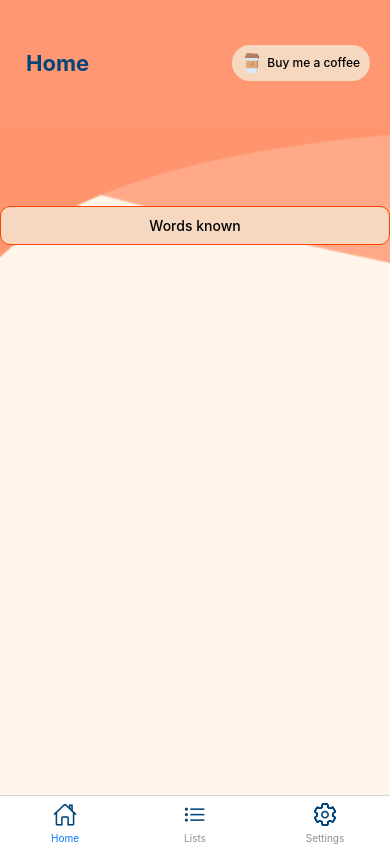
Repository: David-Waite/SpellingApp
Screen: /
The author's editor kept a copy of each file at every save. The screen is drawn from the files as they stood at one save, then again after the next save.
The app was drawn by React Native's web renderer in a window 390 px wide. The project was rebuilt for these pictures with package versions that can differ from the ones it lists, and the page was loaded fresh each time. Also part of the build but not shown: screens/Settings.js, screens/SpellWord.js, screens/WordsLearnt.js, screens/WordListOverview.js, screens/WordLists.js, screens/Donate.js.

Above is the screen before, as saved 2023-06-22 21:47:23.

### App.js
import { NavigationContainer } from "@react-navigation/native";
import { StatusBar } from "expo-status-bar";
import { StyleSheet } from "react-native";
import { Ionicons } from "@expo/vector-icons";

import Home from "./screens/Home";
import Settings from "./screens/Settings";
import SpellWord from "./screens/SpellWord";
import WordsLearnt from "./screens/WordsLearnt";
import WordListOverview from "./screens/WordListOverview";
import WordLists from "./screens/WordLists";

import { createStackNavigator } from "@react-navigation/stack";
import { createBottomTabNavigator } from "@react-navigation/bottom-tabs";
import { GlobalStyles } from "./constants/styles";
import { Image } from "react-native";
import { ImageBackground } from "react-native";
import CoffeeBtn from "./components/ui/CoffeeBtn";
import Donate from "./screens/Donate";

const BottomTabs = createBottomTabNavigator();
const Stack = createStackNavigator();

function BottomTabsScreens() {
  return (
    <BottomTabs.Navigator>
      <BottomTabs.Screen
        name="Home"
        component={Home}
        headerShadowVisible={false}
        options={({ navigation }) => ({
          headerRight: () => (
            <CoffeeBtn
              onPress={() => {
                navigation.navigate("Donate");
              }}
            />
          ),
          title: "Home",
          tabBarLabel: "Home",
          headerTitleAlign: "left",
          headerShadowVisible: false,
          headerTitleStyle: {
            color: GlobalStyles.colors.accent500,
            fontSize: 22,
            marginLeft: 10,
            fontWeight: 700,
          },
          headerStyle: {
            backgroundColor: GlobalStyles.colors.primary400,
            height: 125,
          },

          tabBarIcon: ({ color, size }) => (
            <Ionicons
              name="home-outline"
              size={size}
              color={GlobalStyles.colors.accent500}
            />
          ),
        })}
      />
      <BottomTabs.Screen
        name="WordLists"
        component={WordLists}
        options={{
          title: "Word Lists",
          tabBarLabel: "Lists",
          tabBarIcon: ({ color, size }) => (
            <Ionicons
              name="list-outline"
              size={size}
              color={GlobalStyles.colors.accent500}
            />
          ),
        }}
      />
      <BottomTabs.Screen
        name="Settings"
        component={Settings}
        options={{
          title: "Settings",
          tabBarLabel: "Settings",
          tabBarIcon: ({ color, size }) => (
            <Ionicons
              name="settings-outline"
              size={size}
              color={GlobalStyles.colors.accent500}
            />
          ),
        }}
      />
    </BottomTabs.Navigator>
  );
}
export default function App() {
  return (
    <>
      <StatusBar style="light" />
      <NavigationContainer>
        <Stack.Navigator>
          <Stack.Screen
            name="BottomTabsScreen"
            component={BottomTabsScreens}
            options={{ headerShown: false }}
          />
          <Stack.Screen
            name="WordsLearnt"
            component={WordsLearnt}
            options={{ presentation: "modal" }}
          />
          <Stack.Screen name="WordListOverview" component={WordListOverview} />
          <Stack.Screen
            name="SpellWord"
            component={SpellWord}
            options={{ presentation: "modal" }}
          />
          <Stack.Screen
            name="Donate"
            component={Donate}
            options={{ presentation: "modal" }}
          />
        </Stack.Navigator>
      </NavigationContainer>
    </>
  );
}

const styles = StyleSheet.create({
  container: {
    flex: 1,
    backgroundColor: "#fff",
    alignItems: "center",
    justifyContent: "center",
  },
});

### screens/Home.js
import { ImageBackground, Text, View } from "react-native";

import { StyleSheet } from "react-native";
import { GlobalStyles } from "../constants/styles";

import WordsLearntCard from "../components/ui/WordsLearntCard";
function Home({ navigation }) {
  return (
    <View style={styles.container}>
      <ImageBackground
        style={styles.ImageBackground}
        source={require("../images/SpellingAppHeaderBackground.png")}
      >
        <WordsLearntCard navigation={navigation} />
      </ImageBackground>
    </View>
  );
}

export default Home;

const styles = StyleSheet.create({
  container: {
    flex: 1,
    backgroundColor: GlobalStyles.colors.background,
  },
  ImageBackground: {
    resizeMode: "contain",
    height: 200,
    justifyContent: "center",
  },
});

### constants/styles.js
export const GlobalStyles = {
  colors: {
    background: "#FFF6E9",
    primary50: "#FFF0E5",
    primary100: "#F6D7BF",
    primary300: "#FFA989",
    primary400: "#FF9872",
    primary500: "#FF946E",
    primary800: "#FF4400",
    accent500: "#00467B",
    success500: "#0A8900",
    error500: "#FF0000",
  },
};

### components/ui/CoffeeBtn.js
import { Image } from "react-native";
import { StyleSheet } from "react-native";
import { Pressable } from "react-native";
import { View, Text } from "react-native";
import { GlobalStyles } from "../../constants/styles";

function CoffeeBtn({ onPress }) {
  return (
    <Pressable onPress={onPress}>
      <View style={styles.conatiner}>
        <Image
          style={styles.coffee}
          source={require("../../images/coffee-cup.png")}
        />
        <Text style={styles.text}>Buy me a coffee</Text>
      </View>
    </Pressable>
  );
}

export default CoffeeBtn;

const styles = StyleSheet.create({
  conatiner: {
    backgroundColor: GlobalStyles.colors.primary100,
    borderRadius: 20,
    flexDirection: "row",
    alignItems: "center",
    paddingHorizontal: 10,
    paddingVertical: 8,
    gap: 5,
    marginRight: 20,
  },
  text: {
    fontSize: 12,
    fontWeight: 500,
  },
  coffee: {
    width: 20,
    height: 20,
  },
});

### components/ui/WordsLearntCard.js
import { Text, StyleSheet } from "react-native";

import { GlobalStyles } from "../../constants/styles";
import { Pressable } from "react-native";
import { View } from "react-native";

function WordsLearntCard({ navigation }) {
  return (
    <Pressable
      onPress={() => navigation.navigate("WordsLearnt")}
      style={({ pressed }) => {
        pressed && styles.pressed;
      }}
    >
      <View style={styles.container}>
        <Text style={styles.WordsKnownText}>Words known</Text>
      </View>
    </Pressable>
  );
}

export default WordsLearntCard;

const styles = StyleSheet.create({
  container: {
    backgroundColor: GlobalStyles.colors.primary100,
    paddingHorizontal: 10,
    paddingVertical: 10,
    borderRadius: 10,
    borderColor: GlobalStyles.colors.primary800,
    borderWidth: 1,
  },
  WordsKnownText: {
    textAlign: "center",
    fontWeight: "500",
  },
  pressed: {
    opacity: 0.75,
    backgroundColor: GlobalStyles.colors.primary300,
  },
});

After the next save:
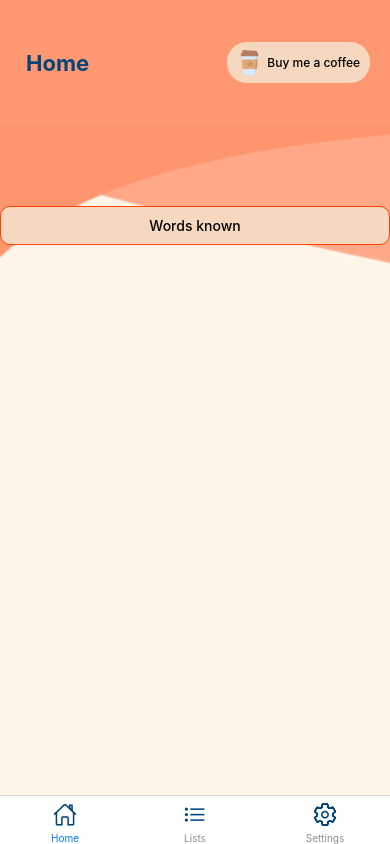
Saved 15 s later.
--- a/components/ui/CoffeeBtn.js
+++ b/components/ui/CoffeeBtn.js
@@ -36,7 +36,7 @@ const styles = StyleSheet.create({
     fontWeight: 500,
   },
   coffee: {
-    width: 20,
-    height: 20,
+    width: 25,
+    height: 25,
   },
 });
